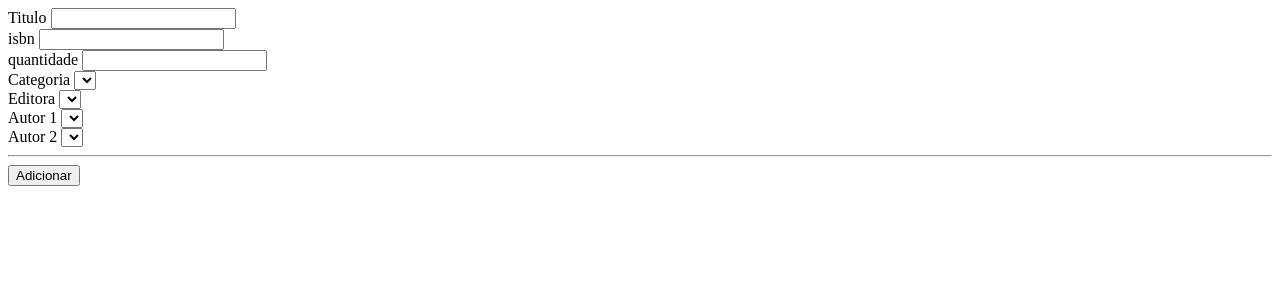
Repository: the-felipe/interfaceApiLivraria
Page: adicionar.html
An editor plug-in stored every save of this project. The page is shown before and after a run of saves, followed by the edit.
The browser window is 1280 px wide. The pictures show the whole page.

Above is the page before, as saved 2023-07-20 21:43:39.
Console error: TypeError: Cannot read properties of null (reading 'access')

### adicionar.html
<!DOCTYPE html>
<html lang="en">
<head>
    <meta charset="UTF-8">
    <meta name="viewport" content="width=device-width, initial-scale=1.0">
    <title>Adicionar Livro</title>

    <script src="token.js"></script>
</head>
<body>

    <form action="" id="form">
        <label for="titulo">Titulo</label>
        <input type="text" name="titulo" id="titulo">
        <br>
        <label for="isbn">isbn</label>
        <input type="text" name="isbn" id="isbn">
        <br>
        <label for="quantidade">quantidade</label>
        <input type="text" name="quantidade" id="quantidade">
        <br>
        <label for="categoria">Categoria</label>
        <select name="categoria" id="categoria"></select>
        <br>
        <label for="editora">Editora</label>
        <select name="editora" id="editora"></select>
        <br>
        <label for="autor1">Autor 1</label>
        <select name="autor1" id="autor1"></select>
        <br>
        <label for="autor2">Autor 2</label>
        <select name="autor2" id="autor2"></select>
        <hr>
        <input type="submit" value="Adicionar">
    </form>

    <script>

        const form = document.getElementById("form")

        const titulo = document.getElementById("titulo")
        const isbn = document.getElementById("isbn")
        const quantidade = document.getElementById("quantidade")
        const categoria = document.getElementById("categoria")
        const editora = document.getElementById("editora")
        const autor1 = document.getElementById("autor1")
        const autor2 = document.getElementById("autor2")

        function adicionar(e) {
            e.preventDefault()

            const body = {
                titulo: titulo.value,
                isbn: isbn.value,
                quantidade: +quantidade.value,
                categoria: +categoria.value,
                editora: +editora.value,
                autores: [+autor1.value, +autor2.value]
            }
        }

        function preencher() {

            const autores = getAutenticado("https://livraria-app.herokuapp.com/api/autores/")
            const categorias = getAutenticado("https://livraria-app.herokuapp.com/api/categorias/")
            const editoras = getAutenticado("https://livraria-app.herokuapp.com/api/editoras/")

            const selectAutores = document.getElementById("autores")
            const selectCategorias = document.getElementById("categorias")
            const selectEditoras = document.getElementById("editoras")


            for(const editora of editoras) {
                const option = document.createElement("option")
                option.innerText = editora.nome
                option.value = editora.id
                selectEditoras.appendChild(option)
            }

            for(const autor of autores) {
                const option = document.createElement("option")
                option.innerText = autor.nome
                option.value = autor.id
                selectAutores.appendChild(option)
            }


            for(const categoria of categorias) {
                const option = document.createElement("option")
                option.innerText = categoria.nome
                option.value = categoria.id
                selectCategorias.appendChild(option)
            }
        }

        form.addEventListener("submit", adicionar)

        window.addEventListener("load", preencher)


    </script>

</body>
</html>

### token.js
// salva o token no armazenamento local
function salvarToken(token) {
    localStorage.setItem("TOKEN", JSON.stringify(token))
}

// pega o token de volta
function pegarToken() {
    return JSON.parse(localStorage.getItem("TOKEN"))
}

// faz uma requisição GET pra URL usando o token
function getAutenticado(url) {
    const token = pegarToken()

    return fetch(url, {
        headers: {
            "Authorization": `Bearer ${token.access}`
        }
    })
}

// faz uma requisição POST pra URL usando o token
function postAutenticado(url, body) {
    const token = pegarToken()

    return fetch(url, {
        body: JSON.stringify(body),
        method: "POST",
        headers: {
            "Content-Type": "application/json",
            "Authorization": `Bearer ${token.access}`
        }
    })
}

// faz uma requisição PATCH pra URL usando o token
function patchAutenticado(url, body) {
    const token = pegarToken()

    return fetch(url, {
        body: JSON.stringify(body),
        method: "PATCH",
        headers: {
            "Content-Type": "application/json",
            "Authorization": `Bearer ${token.access}`
        }
    })
}

// faz uma requisição DELETE pra URL usando o token
function deleteAutenticado(url) {
    const token = pegarToken()

    return fetch(url, {
        method: "DELETE",
        headers: {
            "Authorization": `Bearer ${token.access}`
        }
    })
}

After the next 3 saves:
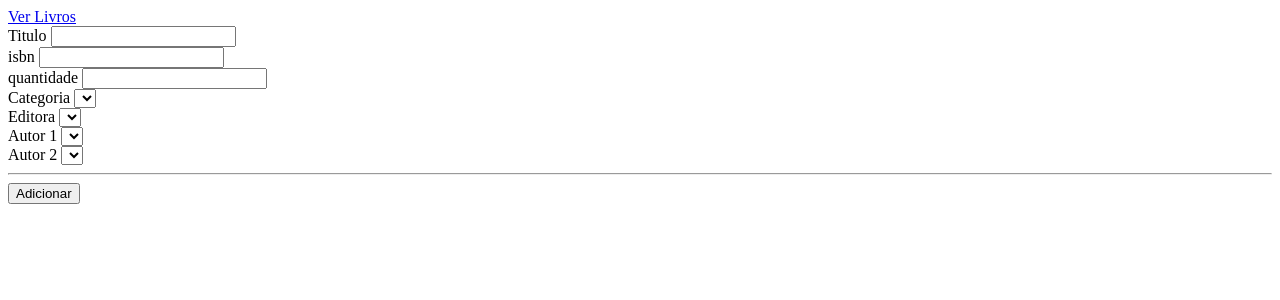
The 3 saves are shown as one change because they came seconds apart.
The last was saved 26 s later.
--- a/adicionar.html
+++ b/adicionar.html
@@ -8,6 +8,8 @@
     <script src="token.js"></script>
 </head>
 <body>
+
+    <a href="./home.html">Ver Livros</a>
 
     <form action="" id="form">
         <label for="titulo">Titulo</label>
